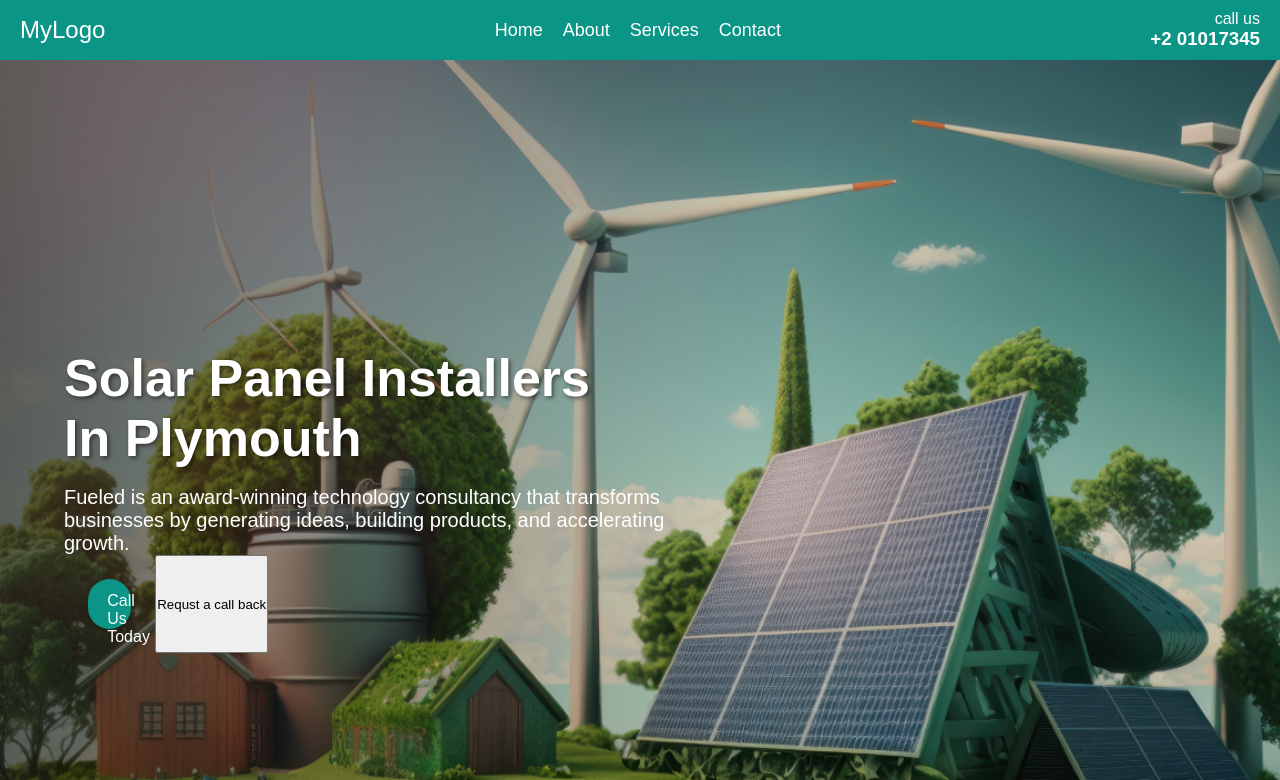
Repository: MaramNabil872/Landing-Page
Page: landingPage.html
An editor plug-in stored every save of this project. The page is shown before and after the next save, followed by the edit.
The browser window is 1280 px wide. The pictures show the whole page.

Above is the page before, as saved 2024-10-20 20:46:04.

After the next save:
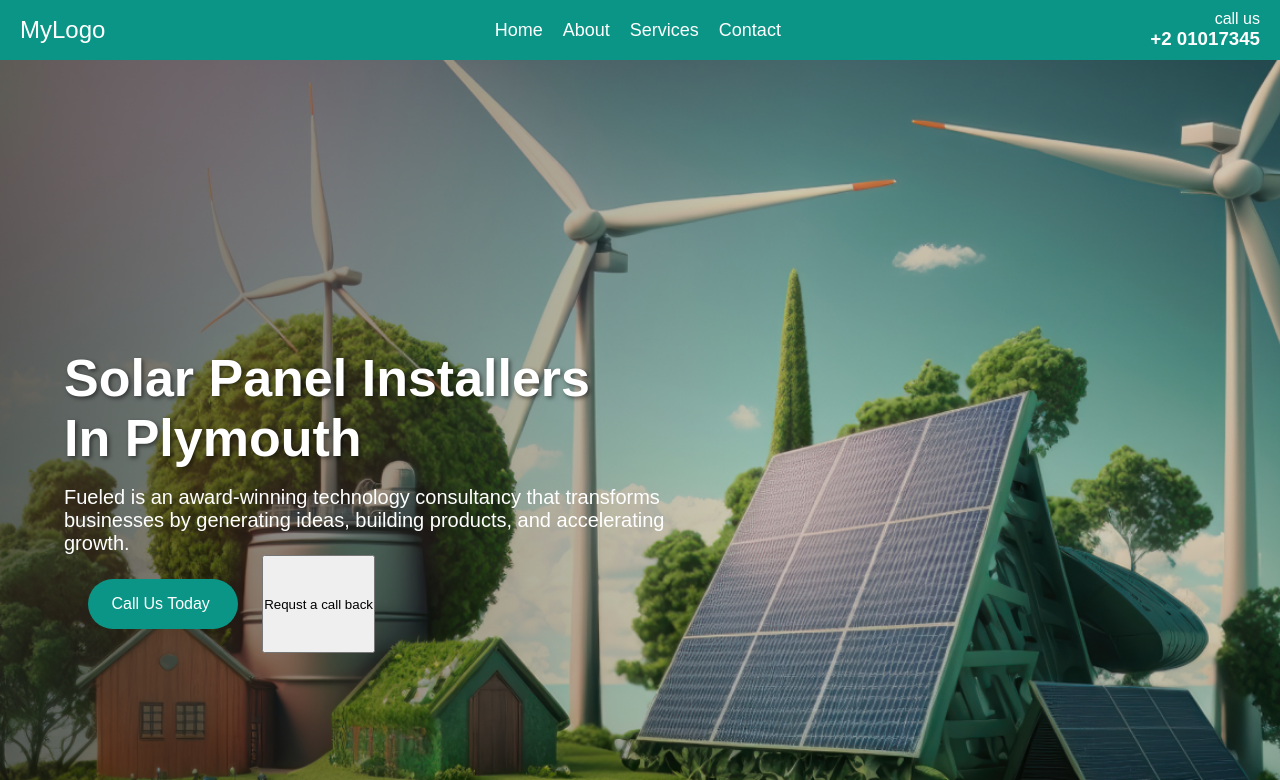
Saved 8 s later.
--- a/landingPage.css
+++ b/landingPage.css
@@ -88,7 +88,7 @@ body {
     border: none;
     border-radius: 20em;
     padding: 0.8em 1.5em 0.8em 1.2em;
-    width: 20px;
+    width: 25%;
     margin: 4%;
     height: 50px;
     font-size: 16px;
